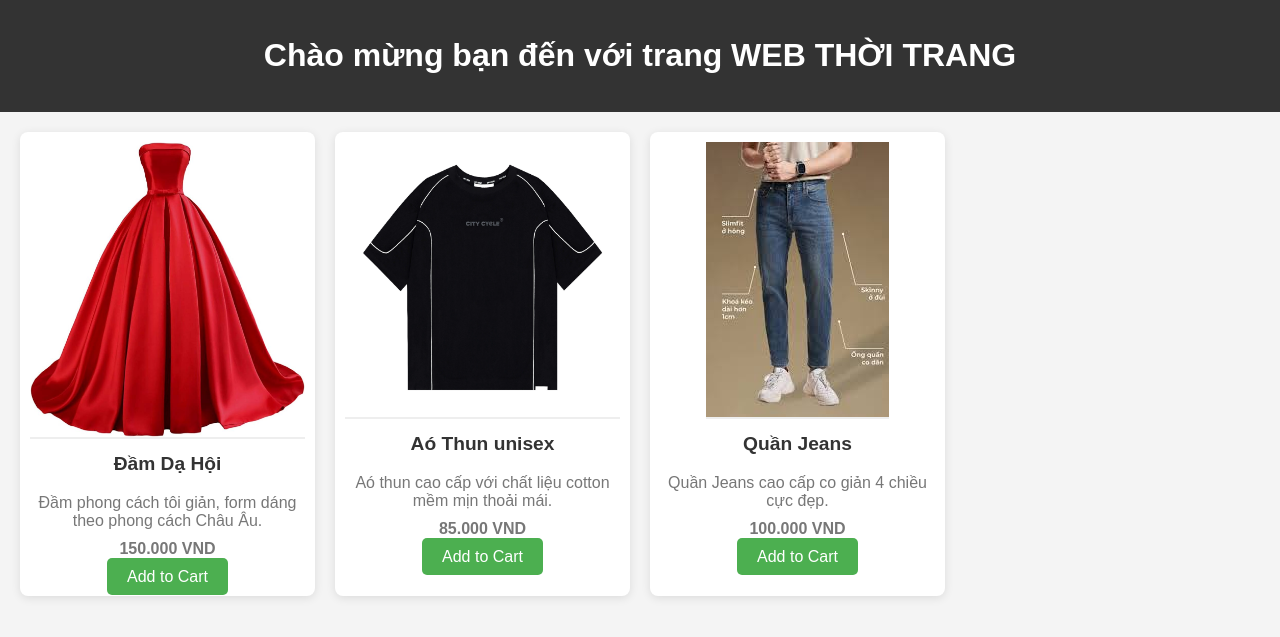
Repository: Thang871/web-thoi-trang
Page: http://localhost/
An editor plug-in stored every save of this project. The page is shown before and after the next save, followed by the edit.
The browser window is 1280 px wide. The pictures show the whole page.
The page is served by the project's application, run on Flask 3 (app.py).

Above is the page before, as saved 2024-11-25 08:41:47.

After the next save:
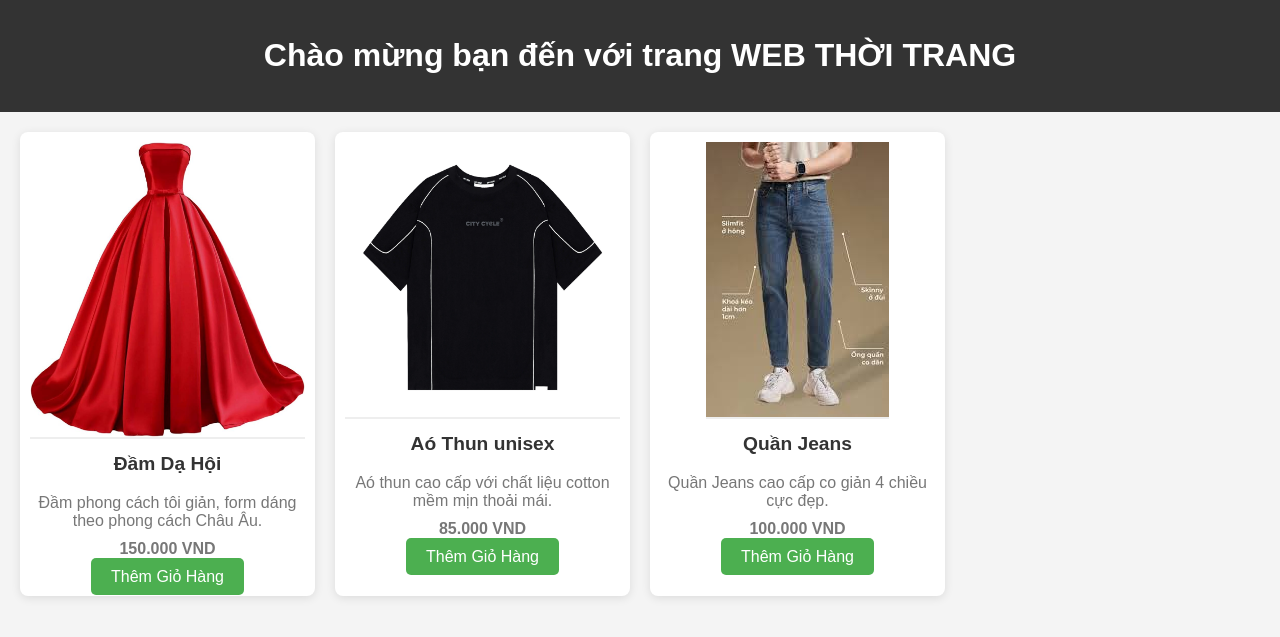
Saved 10 min 12 s later.
--- a/templates/products.html
+++ b/templates/products.html
@@ -80,7 +80,7 @@
             <h3>Đầm Dạ Hội</h3>
             <p>Đầm phong cách tôi giản,  form dáng theo phong cách Châu Âu.</p>
             <p class="price">150.000 VND</p>
-            <a href="#" class="btn-add-to-cart">Add to Cart</a>
+            <a href="#" class="btn-add-to-cart">Thêm Giỏ Hàng</a>
         </div>
 
         <!-- Product 2 -->
@@ -89,7 +89,7 @@
             <h3>Aó Thun unisex</h3>
             <p>Aó thun cao cấp với chất liệu cotton mềm mịn thoải mái.</p>
             <p class="price">85.000 VND</p>
-            <a href="#" class="btn-add-to-cart">Add to Cart</a>
+            <a href="#" class="btn-add-to-cart">Thêm Giỏ Hàng</a>
         </div>
 
         <!-- Product 3 -->
@@ -98,7 +98,7 @@
             <h3>Quần Jeans</h3>
             <p>Quần Jeans cao cấp co giản 4 chiều cực đẹp.</p>
             <p class="price">100.000 VND</p>
-            <a href="#" class="btn-add-to-cart">Add to Cart</a>
+            <a href="#" class="btn-add-to-cart">Thêm Giỏ Hàng</a>
         </div>
     </div>
 
